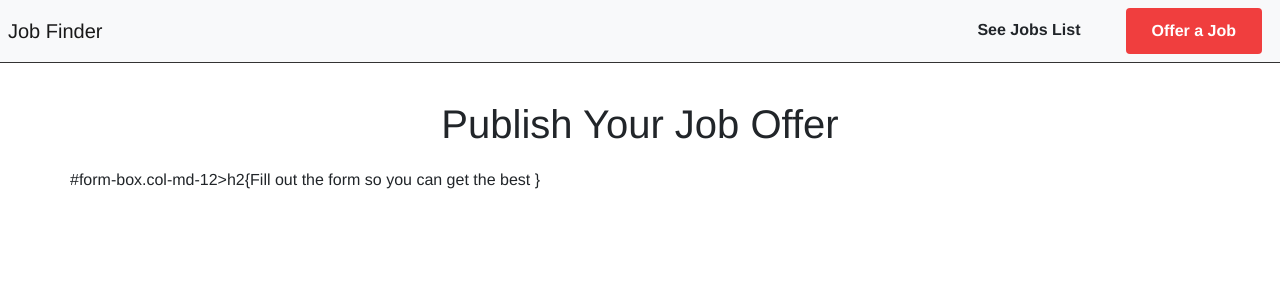
Repository: doncsar/couse-jobfinder-app
Page: templates/add.html
The author's editor kept a copy of each file at every save. The page is drawn from the files as they stood at one save, then again after the next save.
The browser window is 1280 px wide. The pictures show the whole page.

Above is the page before, as saved 2023-12-20 20:18:47.

After the next save:
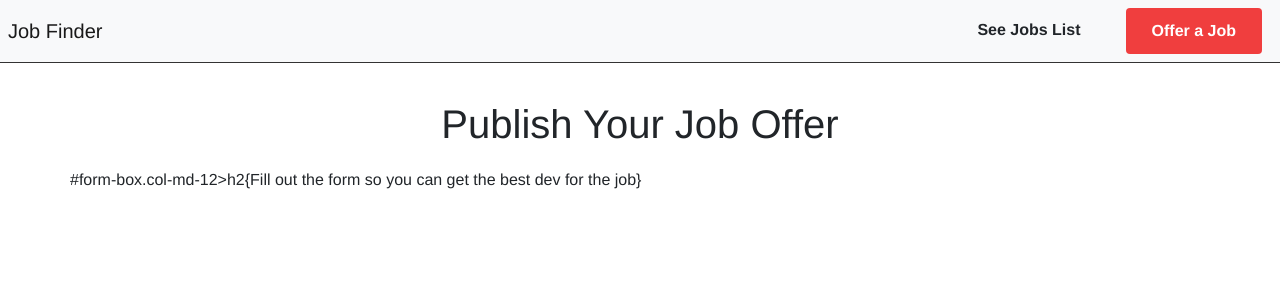
Saved 4 s later.
--- a/templates/add.html
+++ b/templates/add.html
@@ -48,7 +48,7 @@
             <div class="col-md-12">
                <h1 class="text-center">Publish Your Job Offer</h1>
             </div>
-            #form-box.col-md-12>h2{Fill out the form so you can get the best }
+            #form-box.col-md-12>h2{Fill out the form so you can get the best dev for the job}
          </div>
       </div>
 
